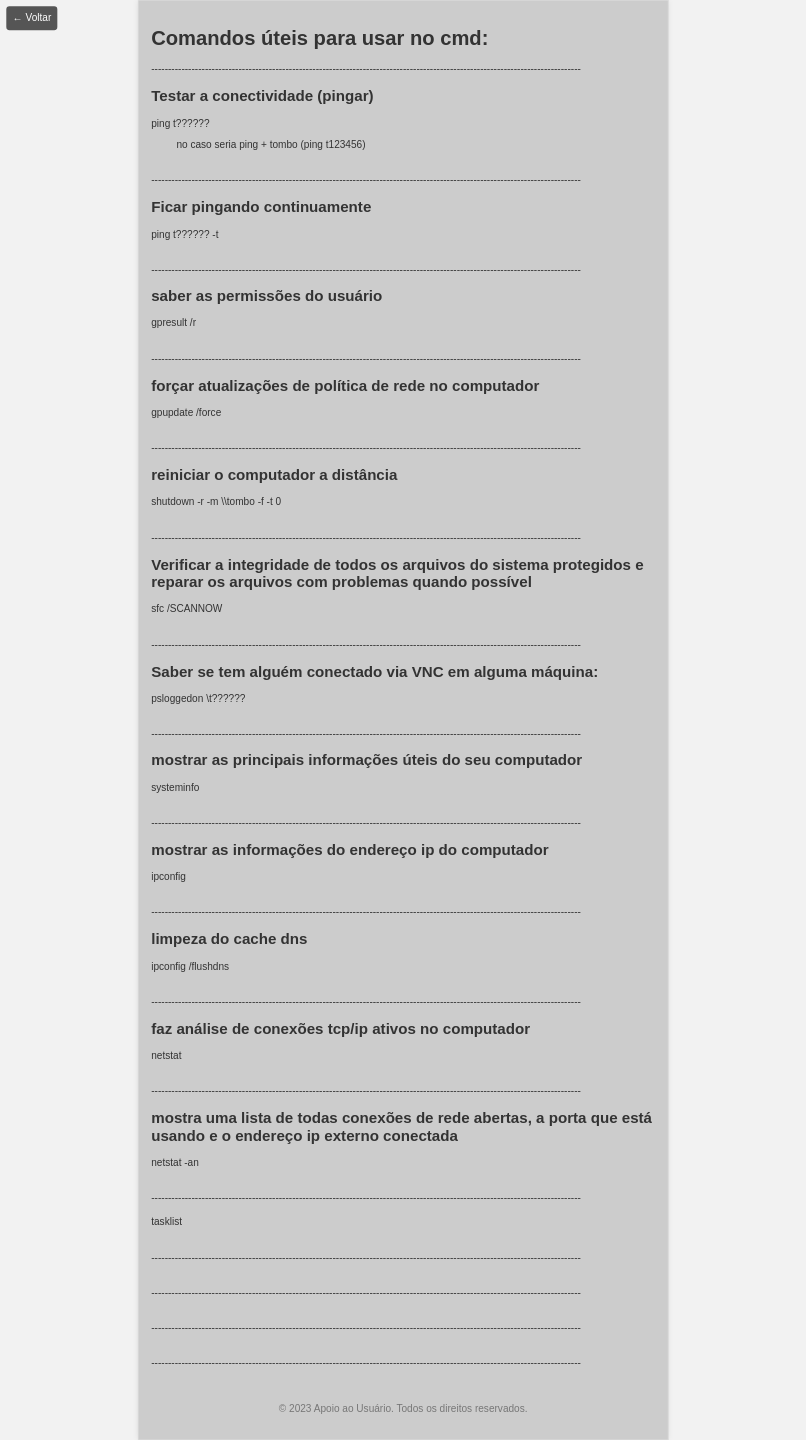
Repository: I4guito/dicasdez
Page: Dicas site/Dicas/cmd.html
These files come from the project's save history. The page is drawn as it stood at one moment and after the next save; the edit follows.
The browser window is 1280 px wide. The pictures show the whole page, at 63% of full size.

Above is the page before, as saved 2023-11-28 13:45:40.

### Dicas site/Dicas/cmd.html
<!DOCTYPE html>
<html lang="pt-br">
<head>
    <meta charset="UTF-8">
    <meta name="viewport" content="width=device-width, initial-scale=1.0">
    <link rel="stylesheet" href="padrao.css">
    <script src="/Dicas site/script.js"></script>
    <title>CMD - comandos</title>
</head>
<body>
    <div class="container">
        <header>
        <a href="javascript:history.back()" class="voltar-btn">&#8592; Voltar</a>
            <h1>Comandos úteis para usar no cmd:</h1>
        </header>
        --------------------------------------------------------------------------------------------------------------------------------

        <section>
            <div class="programa">
                <h2>Testar a conectividade (pingar)</h2>
                <p>ping t?????? </p>
                <blockquote>no caso seria ping + tombo (ping t123456)</blockquote>

            </div>
        </section><br>

        --------------------------------------------------------------------------------------------------------------------------------

        <section>
            <div class="programa">
                <h2>Ficar pingando continuamente</h2>
                <p>ping t?????? -t</p>

            </div>
        </section><br>

        --------------------------------------------------------------------------------------------------------------------------------

        <section>
            <div class="programa">
                <h2>saber as permissões do usuário</h2>
                <p>gpresult /r</p>
            </div>
        </section><br>

        --------------------------------------------------------------------------------------------------------------------------------

        <section>
            <div class="programa">
                <h2>forçar atualizações de política de rede no computador</h2>
                <p>gpupdate /force</p>
            </div>
        </section><br>

        --------------------------------------------------------------------------------------------------------------------------------

        <section>
            <div class="programa">
                <h2>reiniciar o computador a distância</h2>
                <p>shutdown -r -m \\tombo -f -t 0</p>
            </div>
        </section><br>


        --------------------------------------------------------------------------------------------------------------------------------

        <section>
            <div class="programa">
                <h2>Verificar a integridade de todos os arquivos do sistema protegidos e reparar os arquivos com problemas quando possível</h2>
                <p>sfc /SCANNOW</p>
            </div>
        </section><br>

        --------------------------------------------------------------------------------------------------------------------------------

        <section>
            <div class="programa">
                <h2>Saber se tem alguém conectado via VNC em alguma máquina:</h2>
                <p>psloggedon \t?????? </p>
            </div>
        </section><br>


        --------------------------------------------------------------------------------------------------------------------------------

        <section>
            <div class="programa">
                <h2>mostrar as principais informações úteis do seu computador</h2>
                <p>systeminfo</p>
            </div>
        </section><br>


        --------------------------------------------------------------------------------------------------------------------------------

        <section>
            <div class="programa">
                <h2>mostrar as informações do endereço ip do computador</h2>
                <p>ipconfig</p>
            </div>
        </section><br>


        --------------------------------------------------------------------------------------------------------------------------------

        <section>
            <div class="programa">
                <h2 do cache dns>limpeza do cache dns</h2>
                <p>ipconfig /flushdns</p>
            </div>
        </section><br>


        --------------------------------------------------------------------------------------------------------------------------------

        <section>
            <div class="programa">
                <h2>faz análise de conexões tcp/ip ativos no computador</h2>
                <p>netstat</p>
            </div>
        </section><br>


        --------------------------------------------------------------------------------------------------------------------------------

        <section>
            <div class="programa">
                <h2>mostra uma lista de todas conexões de rede abertas, a porta que está usando e o endereço ip externo conectada</h2>
                <p>netstat -an</p>
            </div>
        </section><br>

        --------------------------------------------------------------------------------------------------------------------------------

        <section>
            <div class="programa">
                <h2></h2>
                <p>tasklist</p>
            </div>
        </section><br>


        --------------------------------------------------------------------------------------------------------------------------------

        <section>
            <div class="programa">
                <h2></h2>
                <p></p>
            </div>
        </section><br>

        --------------------------------------------------------------------------------------------------------------------------------

        <section>
            <div class="programa">
                <h2></h2>
                <p></p>
            </div>
        </section><br>

        --------------------------------------------------------------------------------------------------------------------------------

        <section>
            <div class="programa">
                <h2></h2>
                <p></p>
            </div>
        </section><br>

        --------------------------------------------------------------------------------------------------------------------------------

        <section>
            <div class="programa">
                <h2></h2>
                <p></p>
            </div>
        </section><br>


        <footer>
            <p>&copy; 2023 Apoio ao Usuário. Todos os direitos reservados.</p>
        </footer>
    </div>
</body>
</html>

### Dicas site/Dicas/padrao.css
body {
    font-family: 'Arial', sans-serif;
    margin: 0;
    padding: 0;
    background-color: #f2f2f2;
    color:#fff
}

.container {
    max-width: 800px;
    margin: 0 auto;
    background-color: #ccc;
    padding: 20px;
    box-shadow: 0 0 10px rgba(0, 0, 0, 0.1);
    border: 1px solid #ddd;
    color: #333;
}

header, section, footer {
    margin-bottom: 20px;
}

header h1, section h2 {
    color: #333;
}

ul {
    list-style: none;
    padding: 0;
}

li {
    margin-bottom: 10px;
}

footer {
    text-align: center;
    color: #777;
}

.voltar-btn {
    position: absolute;
    left: 10px;
    top: 10px;
    text-decoration: none;
    color: #fff;
    font-size: 16px;
    padding: 10px;
    background-color: #555;
    border: none;
    border-radius: 5px;
    cursor: pointer;
    transition: background-color 0.3s;
}

.voltar-btn:hover {
    background-color: #777;
}

img {

    margin-inline: 5cm;
    max-width: 100%;
    border-radius: 3%;
}

.link-instrucoes {
    font-family:cursive;
    width: 50px;
    left: 10px;
    text-decoration: none;
    color: #fff;
    font-size: 25px;
    padding: 3px;
    background-color: #555;
    border: none;
    border-radius: 10px;
    cursor: pointer;
    transition:  background-color 0.3s;
}

.link-instrucoes:hover {
    background-color:#777
}

### Dicas site/script.js
function filterItems() {
    var searchBar = document.getElementById('searchBar');
    var filter = searchBar.value.toUpperCase();

    var columns = document.getElementsByClassName('column');
    for (var i = 0; i < columns.length; i++) {
        var boxes = columns[i].getElementsByClassName('box');
        for (var j = 0; j < boxes.length; j++) {
            var item = boxes[j];
            var textValue = item.textContent || item.innerText;
            if (textValue.toUpperCase().indexOf(filter) > -1) {
                item.style.display = "";
            } else {
                item.style.display = "none";
            }
        }
    }
}

function openPage(pageName) {
    // Assuming all pages are in the same directory, you can modify the path as needed
    window.location.href = pageName + '.html';
}


    const isOpera = navigator.userAgent.indexOf("OPR") > -1;


    if (isOpera) {
      document.addEventListener("DOMContentLoaded", function () {
        document.querySelector(".container").style.backgroundColor = "#005c4b"; /* Azul claro para o Opera */
        document.querySelector(".container").style.color = "#333";
      });
    }

After the next save:
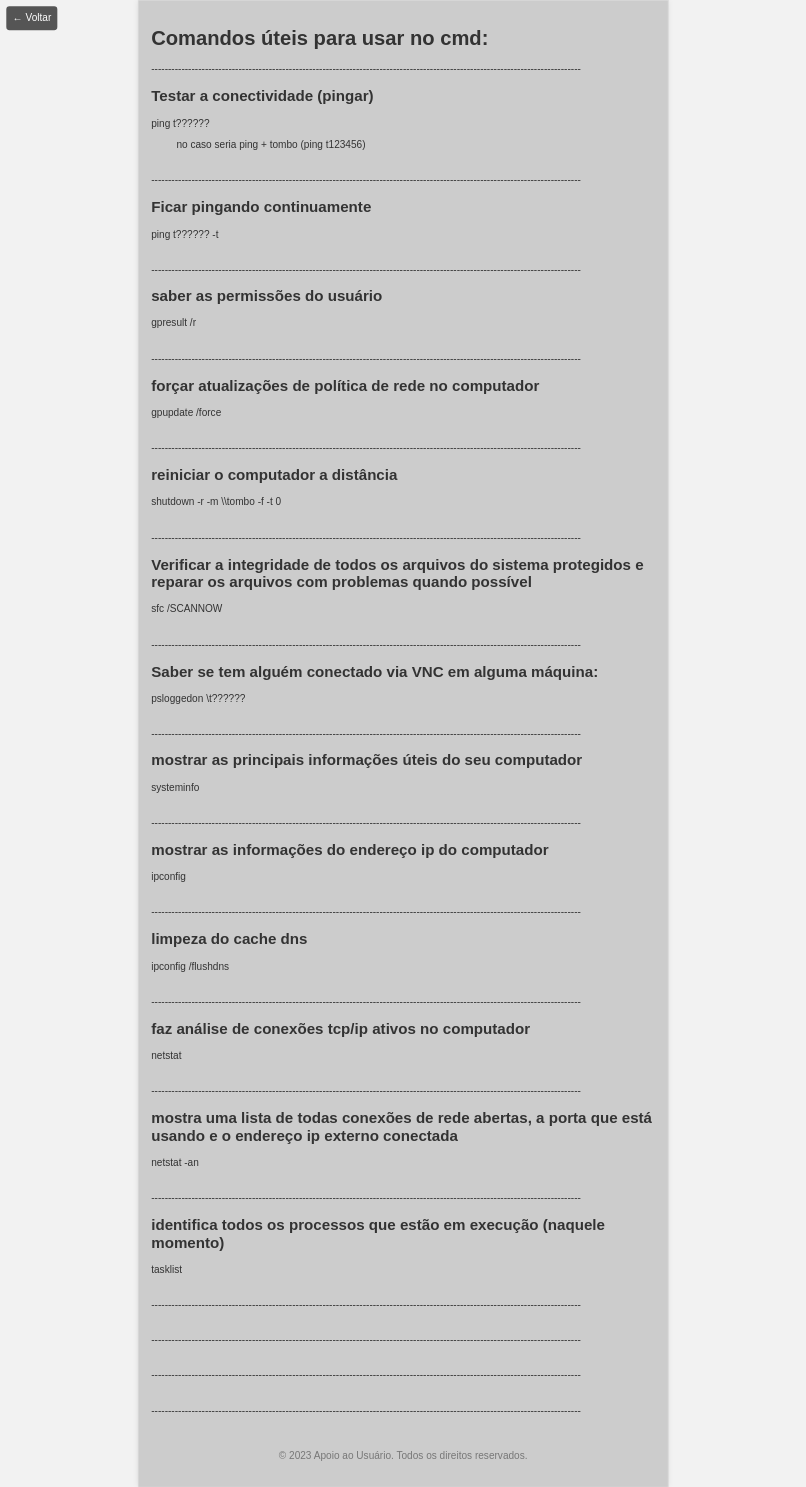
Saved 12 s later.
--- a/Dicas site/Dicas/cmd.html
+++ b/Dicas site/Dicas/cmd.html
@@ -134,7 +134,7 @@
 
         <section>
             <div class="programa">
-                <h2></h2>
+                <h2>identifica todos os processos que estão em execução (naquele momento)</h2>
                 <p>tasklist</p>
             </div>
         </section><br>
